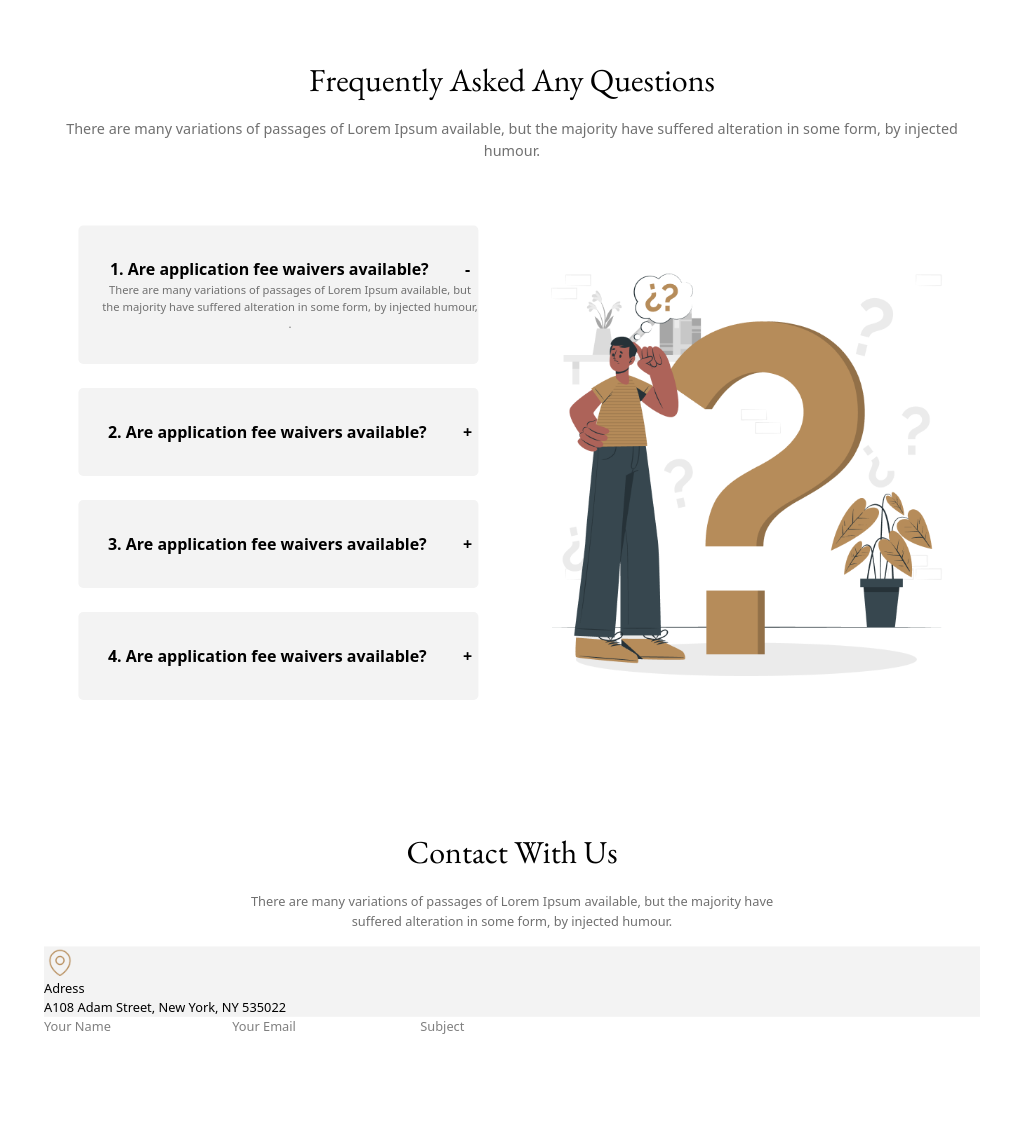
Repository: nahid-hasann/website-6
Page: index.html
An editor plug-in stored every save of this project. The page is shown before and after the next save, followed by the edit.
The browser window is 1280 px wide. The pictures show the whole page, at 80% of full size.

Above is the page before, as saved 2025-07-22 11:39:19.

### index.html
<!DOCTYPE html>
<html lang="en">
<head>
    <meta charset="UTF-8">
    <meta name="viewport" content="width=device-width, initial-scale=1.0">
    <script src="https://cdn.jsdelivr.net/npm/@tailwindcss/browser@4"></script>
    <title>Document</title>
    <link rel="stylesheet" href="style.css">
    <link rel="stylesheet" href="https://cdnjs.cloudflare.com/ajax/libs/font-awesome/6.7.2/css/all.min.css" integrity="sha512-Evv84Mr4kqVGRNSgIGL/F/aIDqQb7xQ2vcrdIwxfjThSH8CSR7PBEakCr51Ck+w+/U6swU2Im1vVX0SVk9ABhg==" crossorigin="anonymous" referrerpolicy="no-referrer" />
</head>
<body>

<header class="hidden">

<div class="flex mx-auto w-[1170px]  justify-between items-center my-[30px] ">
    <div>
        <img src="images/logo2.png" alt="">
    </div>
    <div>
        <ul class="flex gap-[20px] text-[#707070]">
            <li><a href="">Home</a></li>
            <li><a href="">Service<i class="fa-solid fa-angle-right ml-[10px]"></i></a></li>
            <li><a href="">Cases<i class="fa-solid fa-angle-right ml-[10px]"></i></a></li>
            <li><a href="">Blog<i class="fa-solid fa-angle-right ml-[10px]"></i></a></li>
            <li><a href="">Contact us<i class="fa-solid fa-angle-right ml-[10px]"></i></a></li>
        </ul>
    </div>
    <div>
        <button class="bg-[#b68c59] py-[12px] px-[22px] text-white rounded-md" >Free Consultation</button>
    </div>
</div>


<div class="banner-img w-[1170px] h-[550px] mx-auto  flex flex-col items-center justify-center mt-[60px] mb-[130px]">
      <div class="banner-content w-[692px]">
         <h1 class="text-[72px] text-center text-white leading-none">We Provide Effective  Legal Solutions</h1>
       <p class="my-[30px] text-center  text-[#E7E7E7]">There are many variations of passages of Lorem Ipsum available, but the majority have suffered alteration in some form, by injected humour.</p>
       <div class="flex justify-center gap-[40px]">
        <input class="bg-white py-[12px] px-[30px] pr-[70px] w-[500px] rounded-md" type="text" name="" placeholder="Search your services" id="">
        <button class="bg-[#b68c59] py-[12px] px-[22px] text-white rounded-md" >Search</button>
       </div>
      </div>
</div>


</header>


<main>
    <section class="card-section xl:w-[1170px] mx-auto lg:mb-[130px] hidden">
        <div class="card-content">
            <h1 class="eb-garamond-ok text-[40px] text-center ">The Legal Practice Area</h1>
            <p class="text-center text-[#707070] my-[20px]">There are many variations of passages of Lorem Ipsum available, but the majority have <br> suffered alteration in some form, by injected humour.</p>
        </div>

        <div class="card-div mt-[100px] grid grid-cols-3">
            <div class="card py-[70px]  border-r border-[#E7E7E7]  border-b  flex flex-col items-center justify-center text-center">
                  <img src="images/business.png" alt="">
                  <h1 class="text-[32px] my-[15px]">Business Law</h1>
                  <p class="text-[#707070] w-[258px] mb-[15px]">There are many variations of passages of Lorem Ipsum available, but the majority have suffered alteration in some form, by injected humour.</p>
                  <img src="images/Frame.png" alt="">
            </div>

             <div class="card bg-[linear-gradient(to_bottom,_#f3f3f3,_#ffffff)]   py-[70px] border-[#E7E7E7] border-r border-b flex flex-col items-center justify-center text-center">
                  <img src="images/criminal.png" alt="">
                  <h1 class="text-[32px] my-[15px]">Criminal Law</h1>
                  <p class="text-[#707070] w-[258px] mb-[15px]">There are many variations of passages of Lorem Ipsum available, but the majority have suffered alteration in some form, by injected humour.</p>
                  <img src="images/Frame.png" alt="">
            </div>

             <div class="card  py-[70px] border-[#E7E7E7] border-b flex flex-col items-center justify-center text-center">
                  <img src="images/child.png" alt="">
                  <h1 class="text-[32px] my-[15px]">Child Support</h1>
                  <p class="text-[#707070] w-[258px] mb-[15px]">There are many variations of passages of Lorem Ipsum available, but the majority have suffered alteration in some form, by injected humour.</p>
                  <img src="images/Frame.png" alt="">
            </div>

             <div class="card border-r border-[#E7E7E7]  py-[70px] flex flex-col items-center justify-center text-center">
                  <img src="images/education.png" alt="">
                  <h1 class="text-[32px] my-[15px]">Education Law</h1>
                  <p class="text-[#707070] w-[258px] mb-[15px]">There are many variations of passages of Lorem Ipsum available, but the majority have suffered alteration in some form, by injected humour.</p>
                  <img src="images/Frame.png" alt="">
            </div>

             <div class="card border-r border-[#E7E7E7]  py-[70px] flex flex-col items-center justify-center text-center">
                  <img src="images/divorce.png" alt="">
                  <h1 class="text-[32px] my-[15px]">Divorce Law</h1>
                  <p class="text-[#707070] w-[258px] mb-[15px]">There are many variations of passages of Lorem Ipsum available, but the majority have suffered alteration in some form, by injected humour.</p>
                  <img src="images/Frame.png" alt="">
            </div>

             <div class="card  py-[70px] flex flex-col items-center justify-center text-center">
                  <img src="images/tax.png" alt="">
                  <h1 class="text-[32px] my-[15px]">Tax Law</h1>
                  <p class="text-[#707070] w-[258px] mb-[15px]">There are many variations of passages of Lorem Ipsum available, but the majority have suffered alteration in some form, by injected humour.</p>
                  <img src="images/Frame.png" alt="">
            </div>
        </div>
    </section>

    <section class="question-section lg:mb-[130px] xl:w-[1170px] sm:my-[70px] mx-auto">
         <h1 class="eb-garamond-ok xl:text-[40px] lg:text-[30px] sm:text-[25px] text-center">Frequently Asked Any Questions</h1>
         <p class="xl:text-[18px] text-center text-[#707070] mt-[18px] sm:text-[13px] sm:px-[20px] mb-[40px]">There are many variations of passages of Lorem Ipsum available, but the majority have suffered alteration in some form, by injected humour.</p>

         <div class="ques-img lg:flex lg:justify-around lg:items-center lg:mt-[80px] ">
             <div class="lg:w-[45%]">
                 <div class=" bg-[#f3f3f3] pl-[30px] py-[40px] rounded-md mb-[30px] sm:text-center sm:w-[500px] mx-auto">
                    <h1 class="lg:text-[18px] xl:text-[20px] font-extrabold ">1. Are application fee waivers available? <span class="ml-[40px]">-</span> </h1>
                    <p class="text-[#707070] lg:text-[14px]">There are many variations of passages of Lorem Ipsum available, but the majority have suffered alteration in some form, by injected humour, . </p>
                 </div>
                 <div class=" bg-[#f3f3f3] pl-[30px] py-[40px] rounded-md mb-[30px] sm:text-center sm:w-[500px] mx-auto">
                    <h1 class="lg:text-[18px] xl:text-[20px] font-extrabold">2. Are application fee waivers available? <span class="ml-[40px]">+</span> </h1>
                 </div>
                 <div class=" bg-[#f3f3f3] pl-[30px] py-[40px] rounded-md mb-[30px] sm:text-center sm:w-[500px] mx-auto">
                    <h1 class="lg:text-[18px] xl:text-[20px] font-extrabold">3. Are application fee waivers available? <span class="ml-[40px]">+</span> </h1>
                 </div>
                 <div class=" bg-[#f3f3f3] pl-[30px] py-[40px] rounded-md mb-[30px] sm:text-center sm:w-[500px] mx-auto">
                    <h1 class="lg:text-[18px] xl:text-[20px] font-extrabold">4. Are application fee waivers available? <span class="ml-[40px]">+</span> </h1>
                 </div>
             </div>
             <div class="lg:w-[45%]">
                <img src="images/faq.png" alt="" class="max-w-full sm:w-[500px] sm:mx-auto">
             </div>
         </div>
    </section>


    <section class="contact-form-section lg:mb-[130px] xl:w-[1170px] sm:my-[70px] mx-auto">
         <h1 class="eb-garamond-ok text-[40px] text-center ">Contact With Us</h1>
            <p class="text-center text-[#707070] my-[20px]">There are many variations of passages of Lorem Ipsum available, but the majority have <br> suffered alteration in some form, by injected humour.</p>

            <div class="contact">
                 <div class="contact-info">
                <div class="bg-[#f3f3f3]">
                    <img src="images/location.png" alt="">
                    <h1>Adress</h1>
                    <p>A108 Adam Street, New York, NY 535022</p>
                </div>
            </div>
            <div class="contact-form">
                <input type="text" name="" placeholder="Your Name" id="">
                <input type="email" name="" placeholder="Your Email" id="">
                <input type="text" name="" placeholder="Subject" id="">
            </div>
            </div>
    </section>

</main>





</body>
</html>

### style.css
@import url('https://fonts.googleapis.com/css2?family=EB+Garamond:ital,wght@0,400..800;1,400..800&display=swap');


.eb-garamond-ok {
  font-family: "EB Garamond", serif;
  font-optical-sizing: auto;
  font-style: normal;
}


.banner-img{
    background-image: linear-gradient(rgba(0, 0, 0, 0.5), rgba(0, 0, 0, 0.5)), url('images/banner.png');
}

After the next save:
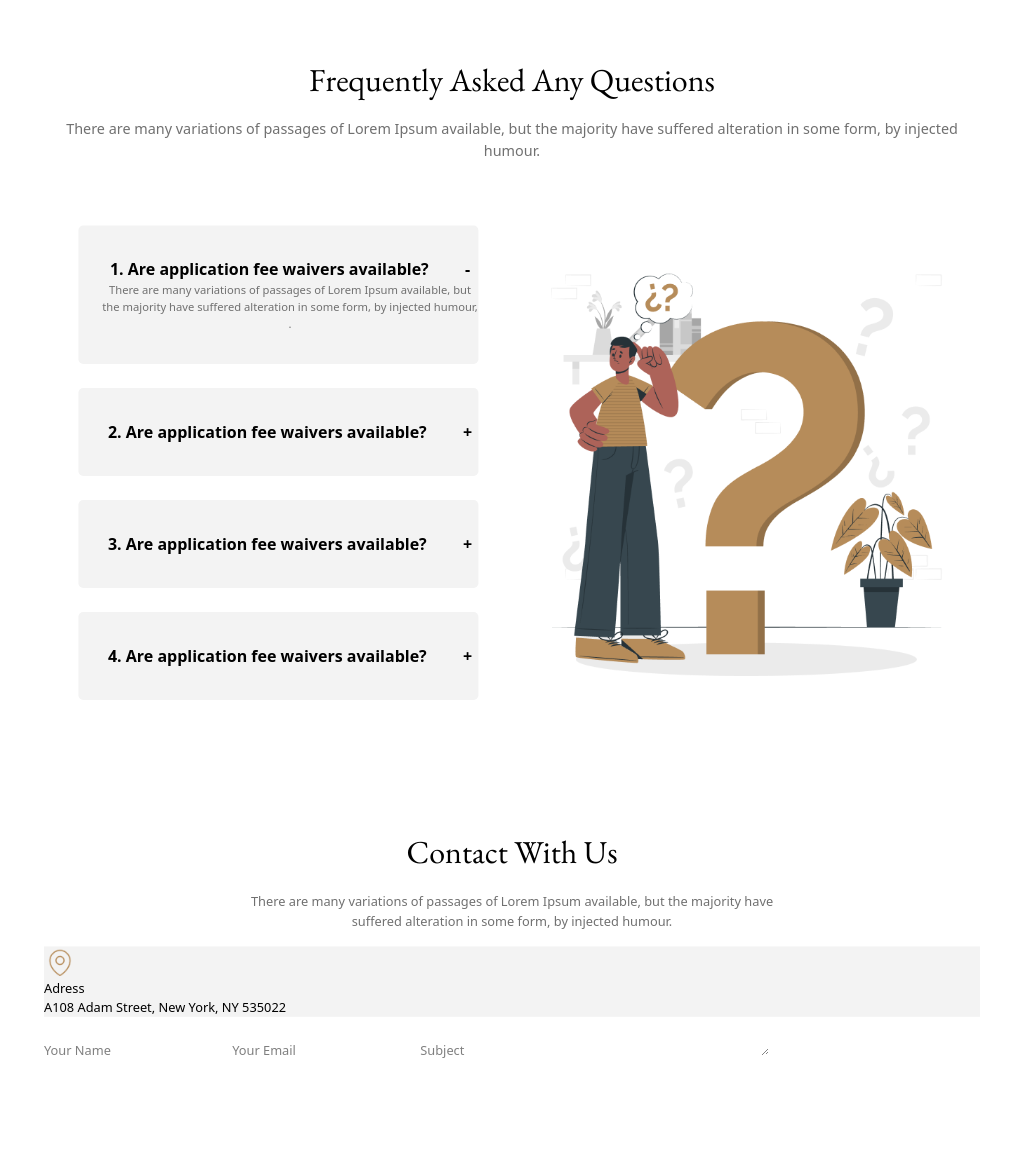
Saved 12 s later.
--- a/index.html
+++ b/index.html
@@ -141,6 +141,7 @@
                 <input type="text" name="" placeholder="Your Name" id="">
                 <input type="email" name="" placeholder="Your Email" id="">
                 <input type="text" name="" placeholder="Subject" id="">
+                <textarea name="" id=""></textarea>
             </div>
             </div>
     </section>
